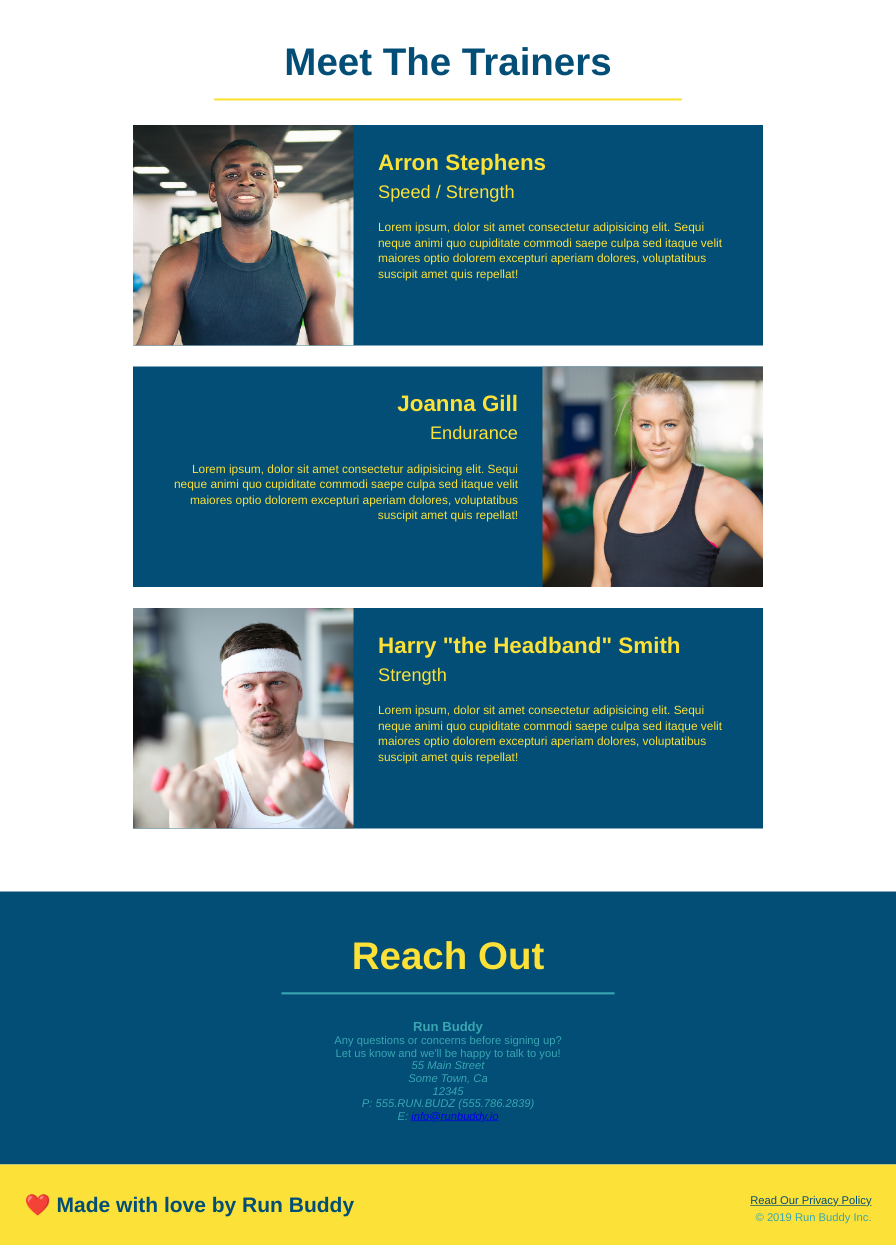
Repository: symlara/run-buddy
Page: index.html
The author's editor kept a copy of each file at every save. The page is drawn from the files as they stood at one save, then again after the next save.
The browser window is 1280 px wide. The pictures show the part of the page from y = 2261 to 4181 px (the page is 4040 px tall before and 4181 px after), at 70% of full size.

Above is the page before, as saved 2020-12-10 16:25:41.

### index.html
<!DOCTYPE html>
<html lang="en">
    <head>
        <link rel="stylesheet" href="./assets/css/style.css" />
        <meta charset="UTF-8"/>
        <title>Run Buddy</title>
    </head>
    <body>
        <!-- navigation -->
        <header>
        <a href="/"><h1>RUN BUDDY</h1></a>
        <nav>
            <!-- Unordered list element -->
            <ul>
                <!-- List item element -->
                <li>
                    <!-- Anchor Element -->
                    <a href="#what-we-do">What We Do</a>
                </li>
                <li>
                    <a href="#what-you-do">What You Do</a>
                </li>
                <li>
                    <a href="#your-trainers">Your Trainers</a>
                </li>
                <li>
                    <a href="#reach-out">Reach Out</a>
                </li>
            </ul>
        </nav>
        </header>

        <!-- hero section -->
        <section class="hero">
        <div class="hero-form">
            <h3>Get Started Today</h3>
            <p>Fill out this form and one of our trainers will schedule a consult</p>
            <!-- Add form elements -->
            <form>
                <label for="name">Enter full name:</label>
                <input type="text" placeholder="Your Name" name="name" id="name" class="form-input" />
                <label for="email">Enter Email Address:</label>
                <input type="email" placeholder="Email Address" name="email" id="email" class="form-input" />
                <label for="phone">Enter a telephone number</label>
                <input type="tel" placeholder="Phone Number" name="phone" id="phone" class="form-input" />
                <p>
                    Have you worked out with a trainer before?
                    <input type="radio" name="trainer-confirm" id="trainer-yes" />
                    <label for="trainer-yes">Yes</label>
                    <input type="radio" name="trainer-confirm" id="trainer-no" />
                    <label for="trainer-no">No</label>
                </p>
                <p>
                    <label for="checkbox">
                    I acknowledge that I am at least 18 years of age.
                    </label>
                    <input type="checkbox" name="age-confirm" id="checkbox" />
                </p>
                <button type="submit">
                    Get running!
                </button>
            </form>
        </div>
    </section>
    <!-- end hero -->

        <!-- hero/jumbotron -->
        <section></section>

        <!-- "what we do" section -->
        <section id="what-we-do" class="intro">
            <h2 class="section-title primary-border">What We Do</h2>
            <p>
                butcher selfies chambray shabby chic gentrify readymade yr Echo Park XOXO Tumblr normcore Banksy direct trade Blue Bottle chillwave you probably haven't heard of them single-origin coffee Vice fanny pack fixie Odd Future Austin fingerstache pickled twee synth Wes Anderson Thundercats viral bitters flannel meggings narwhal Marfa Schlitz sustainable Intelligentsia umami deep v craft
            </p>
        </section>

        <!-- "what you do" section -->
        <section id="what-you-do" class="steps">
            <h2 class="section-title secondary-border">What You Do</h2>

            <div>
                <!-- insert this img element -->
                <img src="./assets/images/step-1.svg" alt="" />
                <h3>Step 1: <span>Fill Out the Form Above.</span></h3>
                <p>You're already here, so why not?</p>
            </div>

            <div>
                <!-- insert this img element -->
                <img src="./assets/images/step-2.svg" alt="" />
                <h3>Step 2: <span>Consult with One of Our Trainers.</span></h3>
                <p>Are you here to build muscle, lose weight, or just feel good?</p>
            </div>

            <div>
                <!-- insert this img element -->
                <img src="./assets/images/step-3.svg" alt="" />
                <h3>Step 3: <span>Get Running</span></h3>
                <p>Hit the ground running (literally) once your trainer lays out your plan</p>
            </div>

            <div>
                <!-- insert this img element -->
                <img src="./assets/images/step-4.svg" alt="" />
                <h3>Step 4: <span>See Results</span></h3>
                <p>Bi-Weekly checkins with your trainer will keep you focused</p>
            </div>
        </section>

        <!-- "meet the trainers" section -->
        <section id="your-trainers" class="trainers">
            <h2 class="section-title primary-border">Meet The Trainers

            </h2>

            <!-- first trainer bio -->
            <article class="trainer">
                <img src="./assets/images/trainer-1.jpg" alt="Arron Stephens in his workout clothes, ready to pump iron" />
                <div class="trainer-bio text-left">
                    <h3>Arron Stephens</h3>
                    <h4>Speed / Strength</h4>
                    <p>
                        Lorem ipsum, dolor sit amet consectetur adipisicing elit. Sequi neque animi quo cupiditate commodi saepe culpa sed
                        itaque velit maiores optio dolorem excepturi aperiam dolores, voluptatibus suscipit amet quis repellat!
                    </p>
                </div>
            </article>
            <!-- first trainer end -->

            <!--second trainer bio -->
            <article class="trainer">
                <div class="trainer-bio text-right">
                    <h3>Joanna Gill</h3>
                    <h4>Endurance</h4>
                    <p>
                        Lorem ipsum, dolor sit amet consectetur adipisicing elit. Sequi neque animi quo cupiditate commodi saepe culpa sed
                        itaque velit maiores optio dolorem excepturi aperiam dolores, voluptatibus suscipit amet quis repellat!
                    </p>
                </div>
                <img src="./assets/images/trainer-2.jpg" alt="Joanna Gill cooling off after a workout" />
            </article>
            <!-- second trainer end-->

            <!-- third trainer bio -->
            <article class="trainer">
                <img src="./assets/images/trainer-3.jpg" alt="Harry Smith wearing a headband and lifting comically small pink weights" />
                <div class="trainer-bio text-left">
                    <h3>Harry "the Headband" Smith</h3>
                    <h4>Strength</h4>
                    <p>
                        Lorem ipsum, dolor sit amet consectetur adipisicing elit. Sequi neque animi quo cupiditate commodi saepe culpa sed
                        itaque velit maiores optio dolorem excepturi aperiam dolores, voluptatibus suscipit amet quis repellat!
                    </p>
                </div>
            </article>
            <!-- third trainer end -->
        </section>

        <!-- "reach out" section -->
        <section id="reach-out" class="contact">
            <h2 class="section-title secondary-border">Reach Out</h2>
            <div class="contact-info">

            </div>

            <div>
                <h3>Run Buddy</h3>
                <p>
                    Any questions or concerns before signing up?
                    <br />
                    Let us know and we'll be happy to talk to you!
                </p>
                <address>
                    55 Main Street <br />
                    Some Town, Ca <br />
                    12345<br />
                    P: 555.RUN.BUDZ (555.786.2839)<br />
                    E: <a href="mailto:info@runbuddy.io">info@runbuddy.io</a>
                </address>
            </div>
        </section>

        <!-- footer -->
        <footer>
            <h2>❤️ Made with love by Run Buddy</h2>
            <div>
                <a href="#">Read Our Privacy Policy</a><br />
                &copy; 2019 Run Buddy Inc.
            </div>
        </footer>
    </body>

    </html>

### assets/css/style.css
* {
    margin: 0;
    padding: 0;
    box-sizing: border-box;
}


body {
    /* more on this crazy alphanumerical value in a minute */
    color: #39a6b2;
    font-family: Helvetica, Arial, sans-serif;
}

/* apply styles to header */
header {
    padding: 20px 35px;
    background-color: #39a6b2;
}

header h1 {
    font-weight: bold;
    font-size: 36px;
    color: #fce138;
    margin: 0;
    display: inline;
}

header a {
    text-decoration: none;
    color: #fce138;
}

header nav {
    float: right;
    margin: 7px 0;
}

header nav ul li {
    display: inline;
}

header nav ul li a {
    margin: 0 30px;
    font-weight: lighter;
    font-size: 22px;
}

footer {
    background: #fce138;
    width: 100%;
    padding: 40px 35px;
  }

footer h2 {
    display: inline;
    color: #024e76;
    font-size: 30px;
    margin: 0;
}

footer div {
    float: right;
    line-height: 1.5;
    text-align: right;
}

footer a {
    color: #024e76;
}

section {
    padding: 60px;
}

/* Hero Style Start */
.hero {
    background-image: url("../images/hero-bg.jpg");
    height: 600px;
    background-size: cover;
    background-position: center;
    position: relative;
}
/*The height property fixed at 600px gives an exact size of the section, which is important in this context to allow room for the sign-up form.*/


.hero-form {
    border: solid 3px #024e76;
    background-color: #fce138;
    padding: 20px;
    width: 500px;
    color: #024e76;
    position: absolute;
    bottom: 120px;
    right: 140px;
}

.hero-form h3 {
    font-size: 24px;
    margin: 0;
}

.hero-form p {
    margin: 5px 0 15px 0;
}

.form-input {
    border: 1px solid #024e76;
    display: block;
    padding: 7px 15px;
    font-size: 16px;
    color: #024e76;
    width: 100%;
    margin-bottom: 15px;
}

.hero-form label {
    margin: 0 5px;
}

.hero-form button {
    color: #fce138;
    background-color: #024e76;
    border: none;
    padding: 10px 20px;
    font-size: 16px;
}
/* Hero Style End */

/*What We Do Section */
.intro {
    text-align: center;
}

.intro p {
    line-height: 1.7;
    color: #39a6b2;
    width: 80%;
    font-size: 20px;
    margin: 0 auto;
}

/*What We Do End*/

.section-title {
    display: inline-block;
    font-size: 55px;
    color: #024e76;
    margin-bottom: 35px;
    padding: 0 100px 20px 100px;
    border-bottom: 3px solid;
}

.primary-border {
    border-color: #fce138;
}

.secondary-border {
    border-color: #39a6b2;
}

/* What You Do Section */
.steps {
    text-align: center;
    background: #fce138;
}

.steps div {
    margin-bottom: 80px;
}

.steps img {
    width: 15px;
    margin: 10px 0;
}

.steps h3 {
    color: #024e76;
    font-size: 46px;
    margin-top: 10px;
}

.steps p {
    color: #39a6b2;
    font-size: 23px;
}

.steps span {
    font-size: 38px;
}


/* What You Do End */

/* Your Trainers Section */
.trainers {
    text-align: center;
}

.trainer {
    width: 900px;
    margin: 0 auto 30px auto;
    background: #024e76;
    color: #fce138;
    overflow: auto;
}

.trainer img {
    width: 35%;
    float: left;
}

.trainer-bio {
    padding: 35px;
    float: left;
    width: 65%;
}

.text-left {
    text-align: left;
}

.text-right {
    text-align: right;
}

.trainer-bio h3 {
    font-size: 32px;
    margin-bottom: 8px;
}

.trainer-bio h4 {
    font-weight: lighter;
    font-size: 26px;
    margin-bottom: 25px;
}

.trainer-bio p {
    font-size: 17px;
    line-height: 1.3;
}
/* Your Trainers Section End */

/* Reach Out Info Section*/

.contact {
    text-align: center;
    background: #024e76;
}

.contact h2 {
    color: #fce138;
}

.contact-info iframe {
    width: 400px;
    height: 400px;
  }

  .contact-info div {
    width: 410px;
    display: inline-block;
    vertical-align: top;
    text-align: left;
    margin: 30px 0 0 60px;
    color: white;
  }

  .contact-info h3 {
      color: #fce138;
      font-size: 32px;
  }

  .contact-info p, .contact-info address {
      margin: 20px 0;
      line-height: 1.5;
      font-size: 20px;
      font-style: normal;
  }

  .contact-info a {
      color: #fce138;
  }

  /* Reach Out Info Section End*/

After the next save:
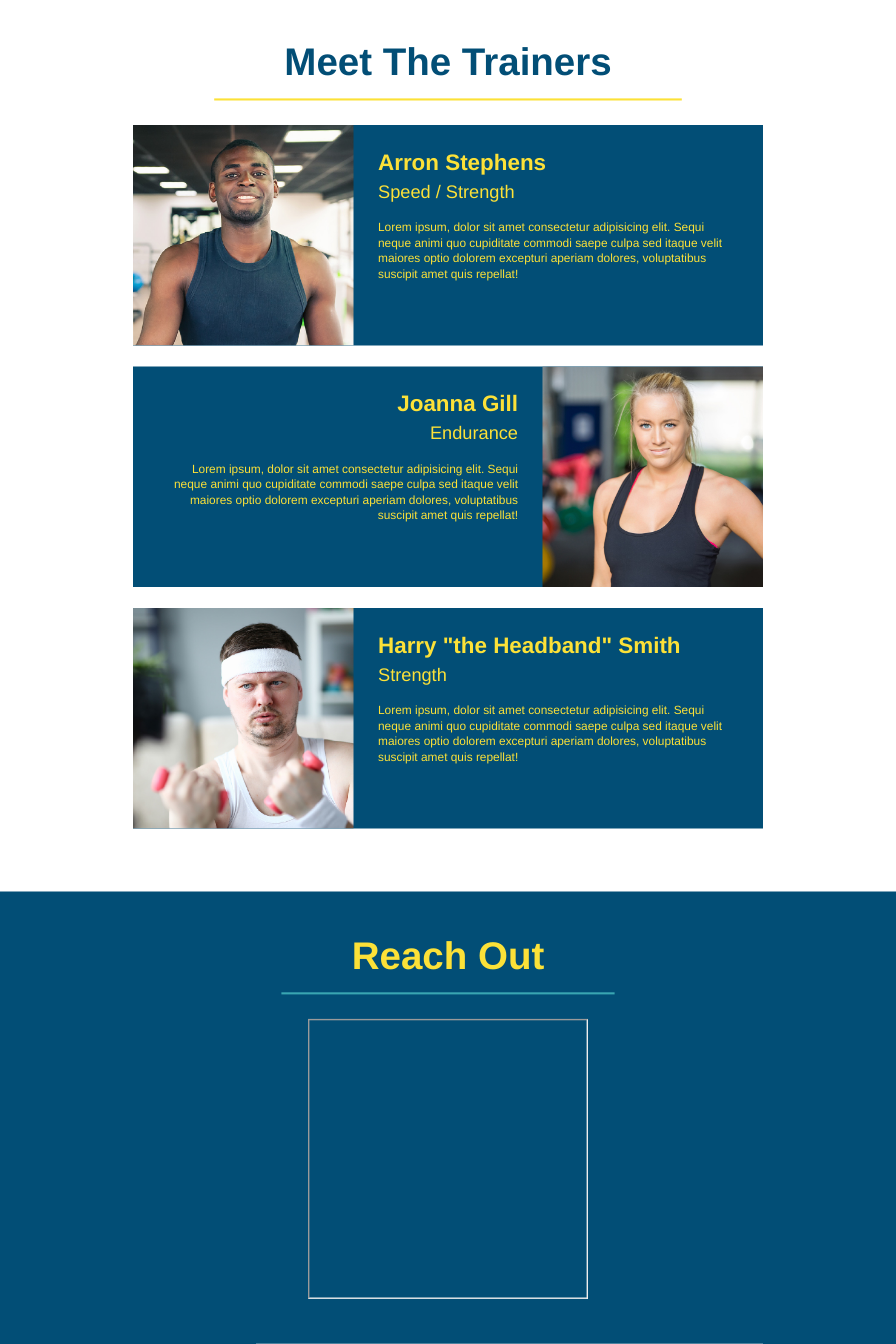
Saved 4 s later.
--- a/index.html
+++ b/index.html
@@ -161,6 +161,7 @@
         <section id="reach-out" class="contact">
             <h2 class="section-title secondary-border">Reach Out</h2>
             <div class="contact-info">
+                <iframe
 
             </div>
 
